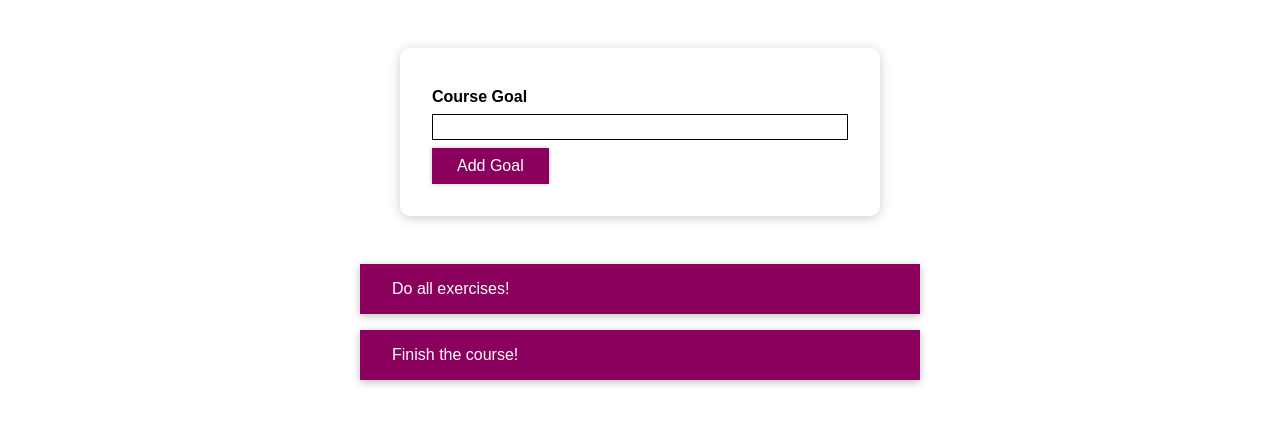
Repository: sohan2503001/Task-adder
Page: /
An editor plug-in stored every save of this project. The page is shown before and after a run of saves, followed by the edit.
The browser window is 1280 px wide. The pictures show the whole page.
The project was rebuilt for these pictures with package versions that can differ from the ones it lists, and the page was loaded fresh each time.

Above is the page before, as saved 2021-04-22 21:48:02.

### src/components/CourseGoals/CourseInput/CourseInput.js
import React, { useState } from 'react';

import Button from '../../UI/Button/Button';
import './CourseInput.css';

const CourseInput = props => {
  const [enteredValue, setEnteredValue] = useState('');
  const [isValid, setIsValid] = useState(true);

  const goalInputChangeHandler = event => {
    setEnteredValue(event.target.value);
  };

  const formSubmitHandler = event => {
    event.preventDefault();
    if(enteredValue.trim().length === 0){
      setIsValid(false);
      return;
    }
    props.onAddGoal(enteredValue);
  };

  return (
    <form onSubmit={formSubmitHandler}>
      <div className="form-control">
        <label style={{color: !isValid ? 'red' : 'black'}}>Course Goal</label>
        <input style={{borderColor: !isValid ? 'red' : 'black' , borderColor: !isValid ? 'red' : 'black'}} type="text" onChange={goalInputChangeHandler} />
      </div>
      <Button type="submit">Add Goal</Button>
    </form>
  );
};

export default CourseInput;

Loaded but not shown: public/index.html (common file); src/index.js (common file); src/index.css (common file); src/App.js (common file); src/components/CourseGoals/CourseGoalList/CourseGoalList.js (common file); src/App.css (common file); src/components/CourseGoals/CourseGoalItem/CourseGoalItem.js (common file); src/components/CourseGoals/CourseGoalList/CourseGoalList.css (common file); src/components/UI/Button/Button.js (common file); src/components/CourseGoals/CourseInput/CourseInput.css (common file); src/components/CourseGoals/CourseGoalItem/CourseGoalItem.css (common file); src/components/UI/Button/Button.css (common file)

After the next 2 saves:
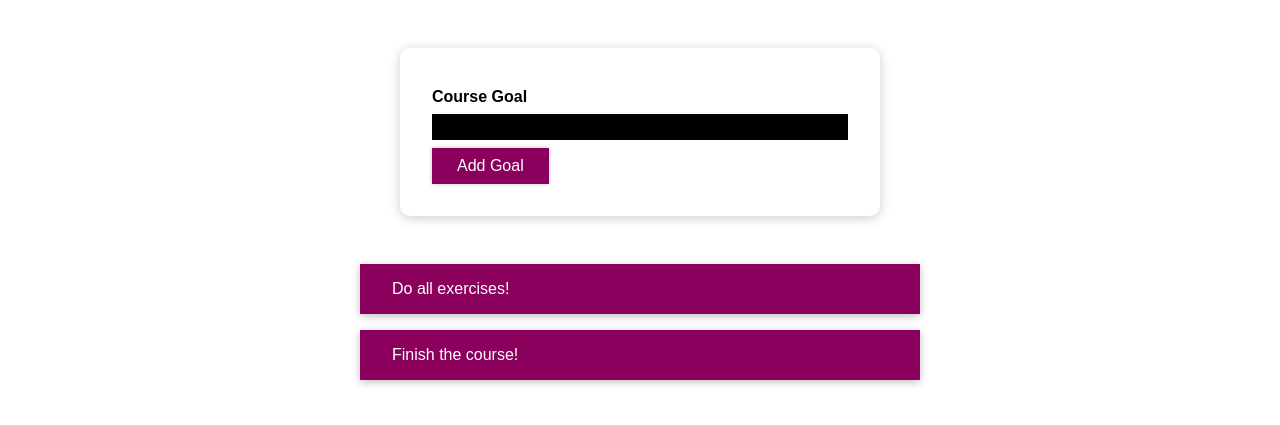
The 2 saves are shown as one change because they came seconds apart.
The last was saved 9 s later.
--- a/src/components/CourseGoals/CourseInput/CourseInput.js
+++ b/src/components/CourseGoals/CourseInput/CourseInput.js
@@ -24,7 +24,7 @@
     <form onSubmit={formSubmitHandler}>
       <div className="form-control">
         <label style={{color: !isValid ? 'red' : 'black'}}>Course Goal</label>
-        <input style={{borderColor: !isValid ? 'red' : 'black' , borderColor: !isValid ? 'red' : 'black'}} type="text" onChange={goalInputChangeHandler} />
+        <input style={{borderColor: !isValid ? 'red' : 'black' , backgroundColor: !isValid ? 'red' : 'black'}} type="text" onChange={goalInputChangeHandler} />
       </div>
       <Button type="submit">Add Goal</Button>
     </form>

After the 4 saves that followed:
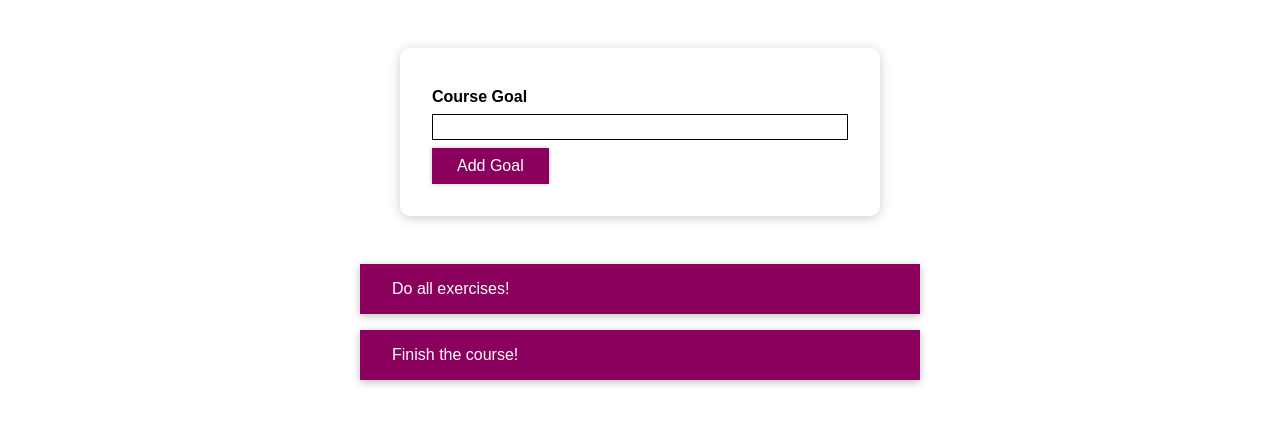
The 4 saves are shown as one change because 2 left the picture as it was and some came seconds apart.
The last was saved 27 s later.
--- a/src/components/CourseGoals/CourseInput/CourseInput.js
+++ b/src/components/CourseGoals/CourseInput/CourseInput.js
@@ -13,7 +13,7 @@
 
   const formSubmitHandler = event => {
     event.preventDefault();
-    if(enteredValue.trim().length === 0){
+    if (enteredValue.trim().length === 0) {
       setIsValid(false);
       return;
     }
@@ -23,8 +23,11 @@
   return (
     <form onSubmit={formSubmitHandler}>
       <div className="form-control">
-        <label style={{color: !isValid ? 'red' : 'black'}}>Course Goal</label>
-        <input style={{borderColor: !isValid ? 'red' : 'black' , backgroundColor: !isValid ? 'red' : 'black'}} type="text" onChange={goalInputChangeHandler} />
+        <label style={{ color: !isValid ? 'red' : 'black' }}>Course Goal</label>
+        <input style={{
+          borderColor: !isValid ? 'red' : 'black',
+          backgroundColor: !isValid ? 'salmon' : 'transparent'
+        }} type="text" onChange={goalInputChangeHandler} />
       </div>
       <Button type="submit">Add Goal</Button>
     </form>
